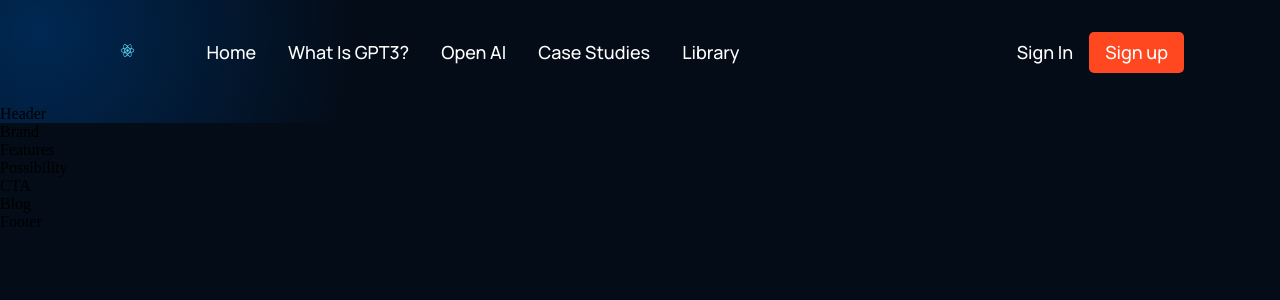
Repository: GeorgiosDev/OpenAI-Clone
Page: /
An editor plug-in stored every save of this project. The page is shown before and after the next save, followed by the edit.
The browser window is 1280 px wide. The pictures show the whole page.
The project was rebuilt for these pictures with package versions that can differ from the ones it lists, and the page was loaded fresh each time. Also part of the build but not shown: src/components/article/article.css, src/components/article/Article.jsx, src/components/cta/cta.css, src/components/feature/Feature.jsx, src/containers/blog/blog.css, src/containers/features/features.css, src/containers/footer/footer.css, src/containers/header/header.css and 2 more.

Above is the page before, as saved 2025-01-31 14:58:14.

### src/App.js
import "./App.css";
import {  Brand, Navbar, CTA } from "./components/index";
import {
  Blog,
  Features,
  Footer,
  Header,
  Possibility,
  WhatGPT,
} from "./containers/index";

function App() {
  return (
    <div className="App ">
      <div className="gradient__bg">
        <Navbar />
        <Header />
      </div>
      <Brand />
      <WhatGPT />
      <Features />
      <Possibility />
      <CTA />
      <Blog />
      <Footer />
    </div>
  );
}

export default App;

### src/components/index.js
export { default as Article } from "./article/Article";
export { default as Brand } from "./brand/Brand";
export { default as CTA } from "./cta/CTA";

export { default as Navbar } from "./navbar/Navbar";
export { default as Feauture } from "./feature/Feature";

### src/containers/index.js
export { default as Blog } from './blog/Blog';
export { default as Features  } from './features/Features';
export { default as Footer } from './footer/Footer';
export { default as Header } from './header/Header';
export { default as Possibility } from './possibility/Possibility';
export { default as WhatGPT } from './whatGPT/whatGPT';

### src/components/brand/Brand.jsx
import React from 'react'

const Brand = () => {
  return (
    <div>
      Brand
    </div>
  )
}

export default Brand

### src/components/cta/CTA.jsx
import React from 'react'
import "./cta.css"
const CTA = () => {
  return (
    <div>
      CTA
    </div>
  )
}

export default CTA

### src/components/navbar/Navbar.jsx
import React, { useState } from 'react';
import { RiMenu3Line, RiCloseLine } from 'react-icons/ri';
import logo from '../../logo.svg';
import './navbar.css';

const Navbar = () => {
  const [toggleMenu, setToggleMenu] = useState(false);

  return (
    <div className="gpt3__navbar">
      <div className="gpt3__navbar-links">
        <div className="gpt3__navbar-links_logo">
          <img src={logo} alt='logo' />
        </div>
        <div className="gpt3__navbar-links_container">
          <p><a href="#home">Home</a></p>
          <p><a href="#wgpt3">What is GPT3?</a></p>
          <p><a href="#possibility">Open AI</a></p>
          <p><a href="#features">Case Studies</a></p>
          <p><a href="#blog">Library</a></p>
        </div>
      </div>
      <div className="gpt3__navbar-sign">
        <p>Sign in</p>
        <button type="button">Sign up</button>
      </div>
      <div className="gpt3__navbar-menu">
        {toggleMenu
          ? <RiCloseLine color="#fff" size={27} onClick={() => setToggleMenu(false)} />
          : <RiMenu3Line color="#fff" size={27} onClick={() => setToggleMenu(true)} />}
        {toggleMenu && (
        <div className="gpt3__navbar-menu_container scale-up-center">
          <div className="gpt3__navbar-menu_container-links">
            <p><a href="#home">Home</a></p>
            <p><a href="#wgpt3">What is GPT3?</a></p>
            <p><a href="#possibility">Open AI</a></p>
            <p><a href="#features">Case Studies</a></p>
            <p><a href="#blog">Library</a></p>
          </div>
          <div className="gpt3__navbar-menu_container-links-sign">
            <p>Sign in</p>
            <button type="button">Sign up</button>
          </div>
        </div>
        )}
      </div>
    </div>
  );
};

export default Navbar;

### src/containers/blog/Blog.jsx
import React from "react";
import "./blog.css";
const Blog = () => {
  return <div>Blog</div>;
};

export default Blog;

### src/containers/features/Features.jsx
import React from 'react'
import "./features.css"
const Features = () => {
  return (
    <div>
      Features
    </div>
  )
}

export default Features

### src/containers/footer/Footer.jsx
import React from 'react'
import "./footer.css"
const Footer = () => {
  return (
    <div>
      Footer
    </div>
  )
}
export default Footer

### src/containers/header/Header.jsx
import React from 'react'
import "./header.css"
const Header = () => {
  return (
    <div>
      Header
    </div>
  )
}
export default Header

### src/containers/possibility/Possibility.jsx
import React from 'react'
import "./possibility.css"
const Possibility = () => {
  return (
    <div>
      Possibility
    </div>
  )
}

export default Possibility

### src/containers/whatGPT/whatGPT.jsx
import React from 'react'
import "./whatGPT.css"
const whatGPT = () => {
  return (
    <div>

    </div>
  )
}

export default whatGPT

### src/components/navbar/navbar.css
.gpt3__navbar {
    display: flex;
    justify-content: space-between;
    align-items: center;

    padding: 2rem 6rem;
}

.gpt3__navbar-links {
    flex: 1;
    display: flex;
    justify-content: flex-start;
    align-items: center;
}

.gpt3__navbar-links_logo {
    margin-right: 2rem;
}

.gpt3__navbar-links_logo img {
    width: 62.56px;
    height: 16.02px;
}

.gpt3__navbar-links_container {
    display: flex;
    flex-direction: row;
}

.gpt3__navbar-sign {
    display: flex;
    justify-content: flex-end;
    align-items: center;
}

.gpt3__navbar-links_container p,
.gpt3__navbar-sign p,
.gpt3__navbar-menu_container p {
    color: #fff;
    font-family: var(--font-family);
    font-weight: 500;
    font-size: 18px;
    line-height: 25px;
    text-transform: capitalize;

    margin: 0 1rem;
    cursor: pointer;
}

.gpt3__navbar-sign button,
.gpt3__navbar-menu_container button {
    padding: 0.5rem 1rem;
    color: #fff;
    background: #FF4820;
    font-family: var(--font-family);
    font-weight: 500;
    font-size: 18px;
    line-height: 25px;
    border: none;
    outline: none;
    cursor: pointer;
    border-radius: 5px;
}

.gpt3__navbar-menu {
    margin-left: 1rem;

    display: none;
    position: relative;
}

.gpt3__navbar-menu svg {
    cursor: pointer;
}

.gpt3__navbar-menu_container {
    display: flex;
    justify-content: flex-end;
    align-items: flex-end;
    flex-direction: column;

    text-align: end;
    background: var(--color-footer);
    padding: 2rem;
    position: absolute;
    right: 0;
    top: 40px;
    margin-top: 1rem;
    min-width: 210px;
    border-radius: 5px;
    box-shadow: 0px 0px 5px rgba(0,0, 0,0.2);
}

.gpt3__navbar-menu_container p {
    margin: 1rem 0;
}

.gpt3__navbar-menu_container-links-sign {
    display: none;
}

@media screen and (max-width: 1050px) {
    .gpt3__navbar-links_container {
        display: none;
    }

    .gpt3__navbar-menu {
        display: flex;
    }
}

@media screen and (max-width: 700px) {
    .gpt3__navbar {
        padding: 2rem 4rem;
    }
}

@media screen and (max-width: 550px) {
    .gpt3__navbar {
        padding: 2rem;
    }

    .gpt3__navbar-sign {
        display: none;
    }

    .gpt3__navbar-menu_container {
        top: 20px;
    }

    .gpt3__navbar-menu_container-links-sign {
        display: block;
    }
}

Loaded but not shown: src/index.js (common file); src/index.css (common file); src/App.css (common file)

After the next save:
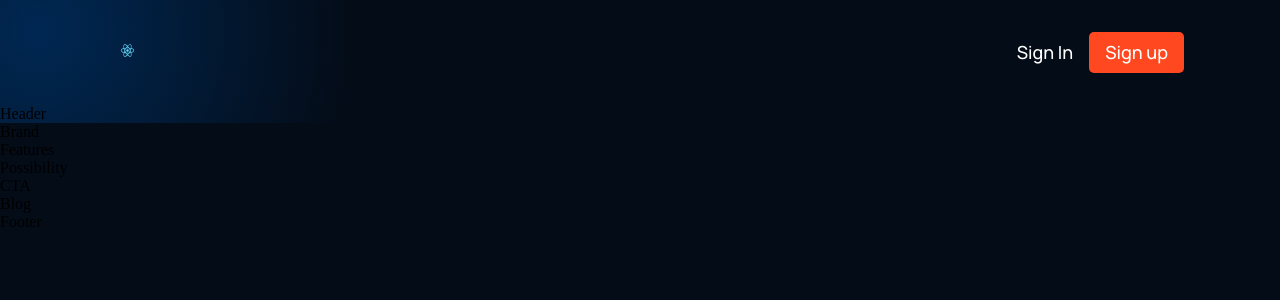
Saved 5 min 30 s later.
--- a/src/components/navbar/Navbar.jsx
+++ b/src/components/navbar/Navbar.jsx
@@ -13,11 +13,7 @@
           <img src={logo} alt='logo' />
         </div>
         <div className="gpt3__navbar-links_container">
-          <p><a href="#home">Home</a></p>
-          <p><a href="#wgpt3">What is GPT3?</a></p>
-          <p><a href="#possibility">Open AI</a></p>
-          <p><a href="#features">Case Studies</a></p>
-          <p><a href="#blog">Library</a></p>
+
         </div>
       </div>
       <div className="gpt3__navbar-sign">
